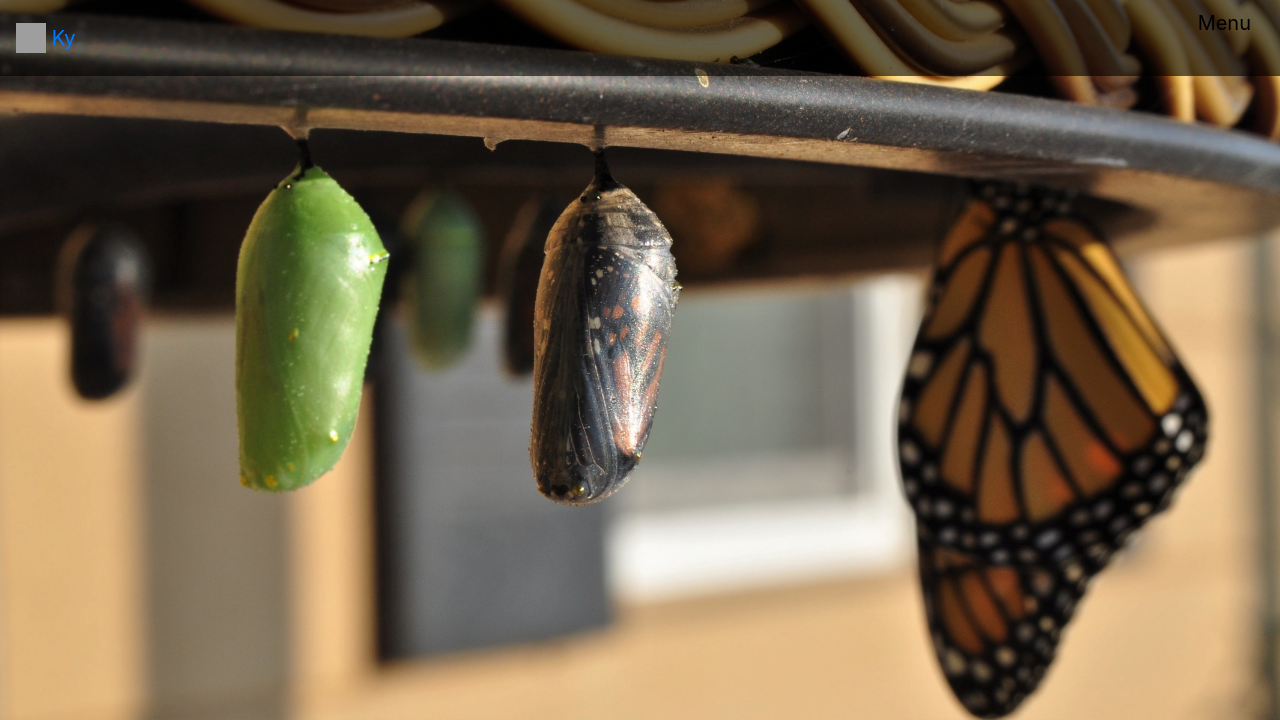
Repository: kkyler24/thekyfunction
Page: index.html
The author's editor kept a copy of each file at every save. The page is drawn from the files as they stood at one save, then again after the next save.
The browser window is 1280 px wide. The pictures show the whole page.
Pictures or frames that could not be fetched are drawn as grey boxes. Some web libraries are served in a nearby version.

Above is the page before, as saved 2020-06-07 00:53:15.

After the next save:
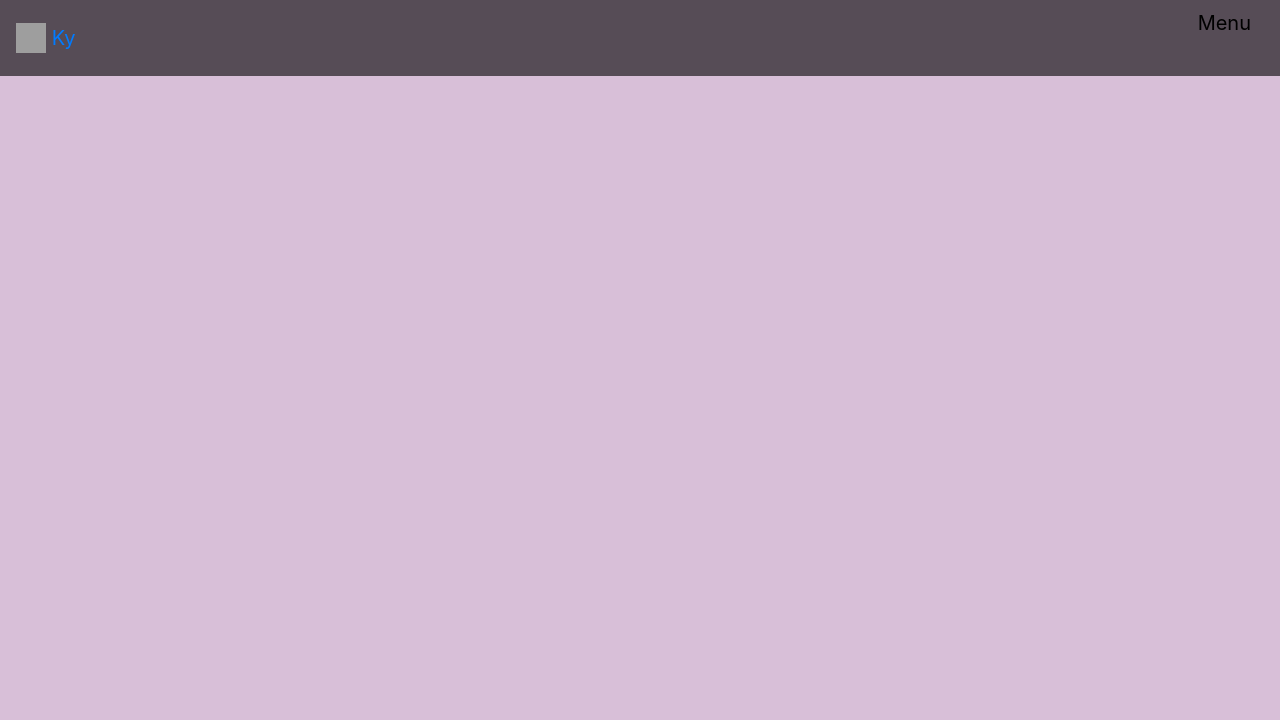
Not found: assets/suzanne-d-williams-VMKBFR6r_jg-unsplash (1/).jpg
Saved 9 s later.
--- a/home.css
+++ b/home.css
@@ -3,7 +3,7 @@
   }
   body {
     height: 100%;
-    background-image: url("assets/suzanne-d-williams-VMKBFR6r_jg-unsplash\ \(1\).jpg");
+    background-image: url("assets/suzanne-d-williams-VMKBFR6r_jg-unsplash\ \(1/).jpg");
     background-position: center center;
     background-repeat: no-repeat;
 

After the 4 saves that followed:
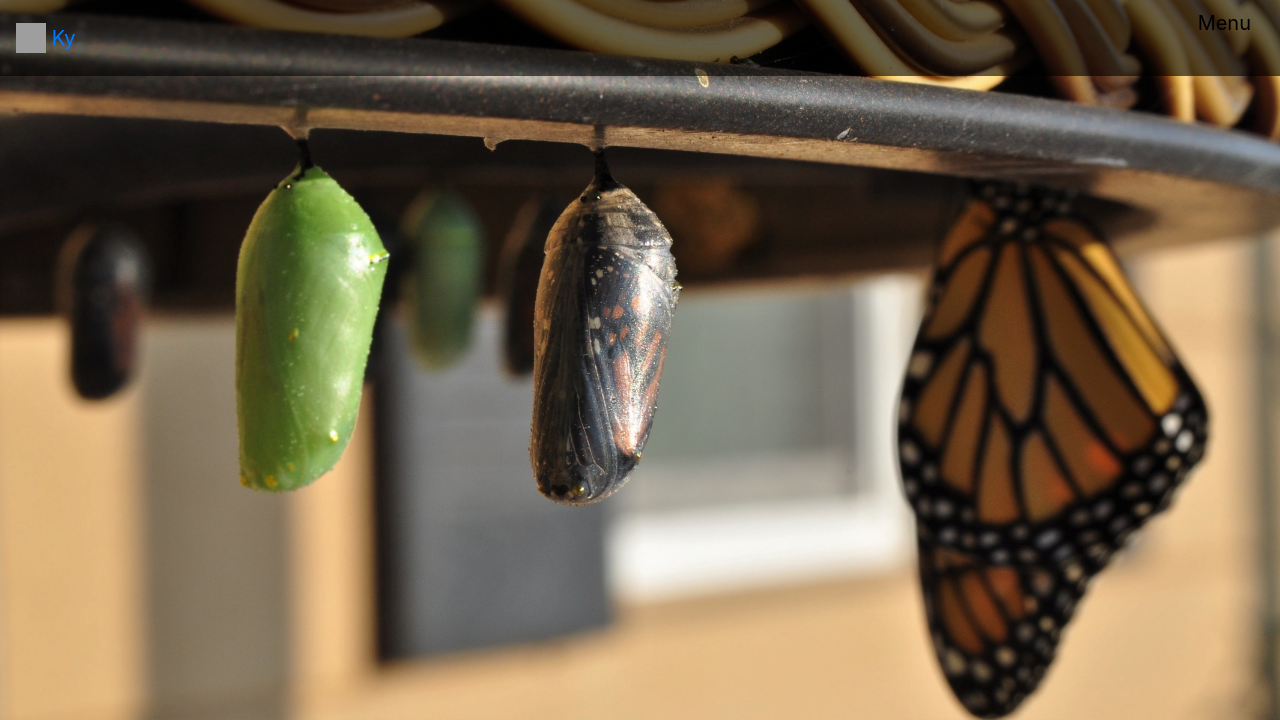
The 4 saves are shown as one change because 1 left the picture as it was and some came seconds apart.
The last was saved 73 s later.
--- a/home.css
+++ b/home.css
@@ -3,7 +3,7 @@
   }
   body {
     height: 100%;
-    background-image: url("assets/suzanne-d-williams-VMKBFR6r_jg-unsplash\ \(1/).jpg");
+    background-image: url("assets/butterflychange.jpg");
     background-position: center center;
     background-repeat: no-repeat;
 
